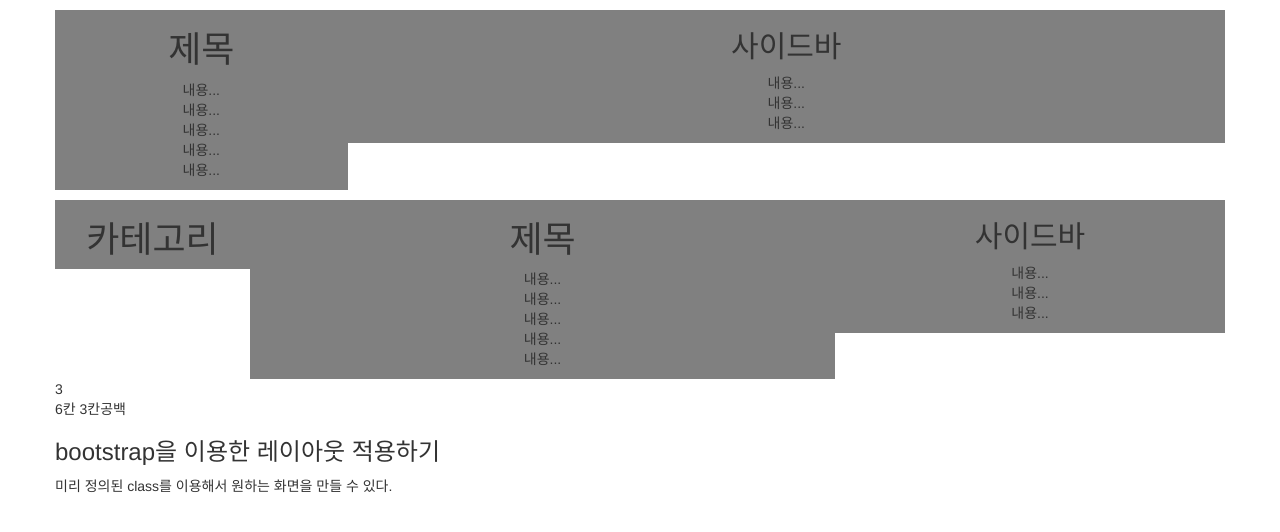
Repository: insunkang/JSP
Page: clientweb/WebContent/bootstrap/layout02.html
The author's editor kept a copy of each file at every save. The page is drawn from the files as they stood at one save, then again after the next save.
The browser window is 1280 px wide. The pictures show the whole page.

Above is the page before, as saved 2020-01-06 06:06:08.

### clientweb/WebContent/bootstrap/layout02.html
<!DOCTYPE html>
<html>
<head>
<meta charset="EUC-KR">
<title>Insert title here</title>
 	<link rel="stylesheet" href="https://maxcdn.bootstrapcdn.com/bootstrap/3.4.1/css/bootstrap.min.css">
  	<script src="https://ajax.googleapis.com/ajax/libs/jquery/3.4.1/jquery.min.js"></script>
  	<script src="https://maxcdn.bootstrapcdn.com/bootstrap/3.4.1/js/bootstrap.min.js"></script>
	<style type="text/css">
	 	[class*=col-sm-]{
	 		background-color: gray;
	 		text-align: center;
	 		margin-top: 10px
	 	}
	 </style>
</head>
<body>
	<div class="container">
	  	<div class="row">
	        <div class="col-sm-3">
	            <h1>제목</h1>
	            <p>
	                내용...<br />
	                내용...<br />
	                내용...<br />
	                내용...<br />
	                내용...<br />
	            </p>
	        </div>
	        <div class="col-sm-9">
	            <h2>사이드바</h2>
	            <p>
	                내용...<br />
	                내용...<br />
	                내용...<br />
	            </p>
	        </div>
	    </div>
	    <div class="row">
	        <div class="col-sm-2">
	            <h1>카테고리</h1>
	        </div>
	        <div class="col-sm-6">
	            <h1>제목</h1>
	            <p>
	                내용...<br />
	                내용...<br />
	                내용...<br />
	                내용...<br />
	                내용...<br />
	            </p>
	        </div>
	        <div class="col-sm-4">
	            <h2>사이드바</h2>
	            <p>
	                내용...<br />
	                내용...<br />
	                내용...<br />
	            </p>
	        </div>
	    </div>
	    <div class="row">
	    	<div>3</div>
	    	<div>6칸 3칸공백</div>
	    </div>

	    <div class="row">
	    	<h3>bootstrap을 이용한 레이아웃 적용하기</h3>
	    	미리 정의된  class를 이용해서 원하는 화면을 만들 수 있다.
	    </div>
	 </div>   <!-- 컨테이너 -->
</body>
</html>

After the next save:
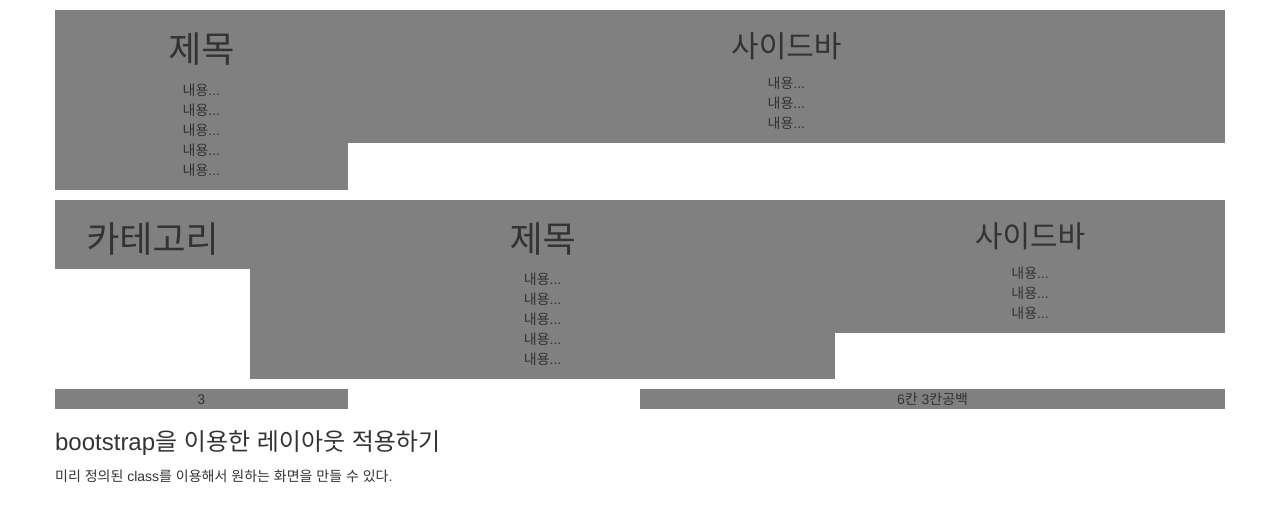
Saved 4 min 42 s later.
--- a/clientweb/WebContent/bootstrap/layout02.html
+++ b/clientweb/WebContent/bootstrap/layout02.html
@@ -60,8 +60,8 @@
 	        </div>
 	    </div>
 	    <div class="row">
-	    	<div>3</div>
-	    	<div>6칸 3칸공백</div>
+	    	<div class="col-sm-3">3</div>
+	    	<div class="col-sm-6 col-md-offset-3">6칸 3칸공백</div>
 	    </div>
 
 	    <div class="row">
